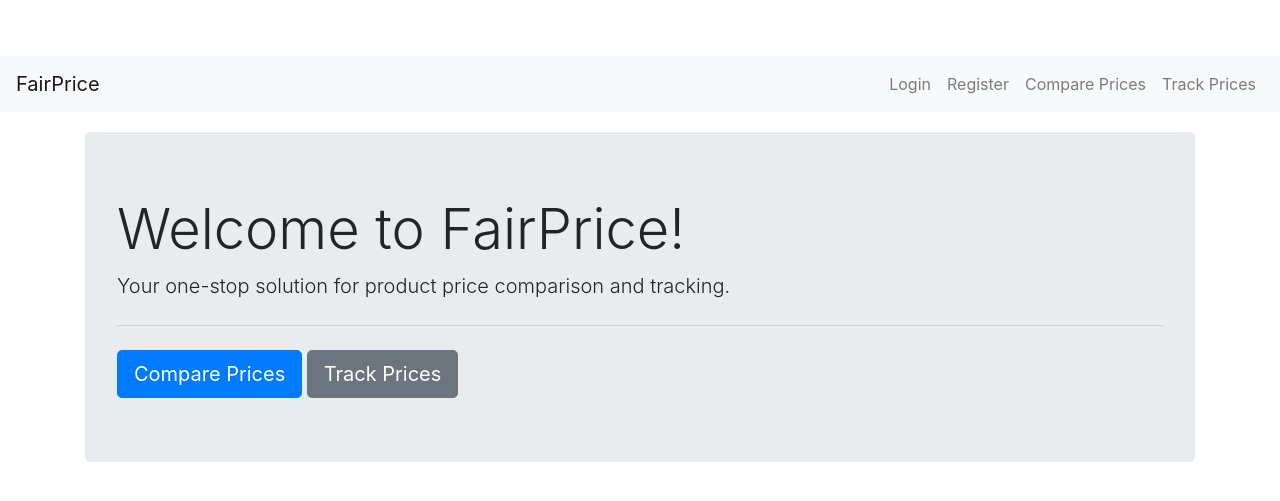
Repository: KanmegneTabouguie/Fairprice
Page: http://localhost/
These files come from the project's save history. The page is drawn as it stood at one moment and after the next save; the edit follows.
The browser window is 1280 px wide. The pictures show the whole page.
Some web libraries are served in a nearby version. The page is served by the project's application, run on Flask 3 (main.py).

Above is the page before, as saved 2024-06-27 09:37:27.

After the next save:
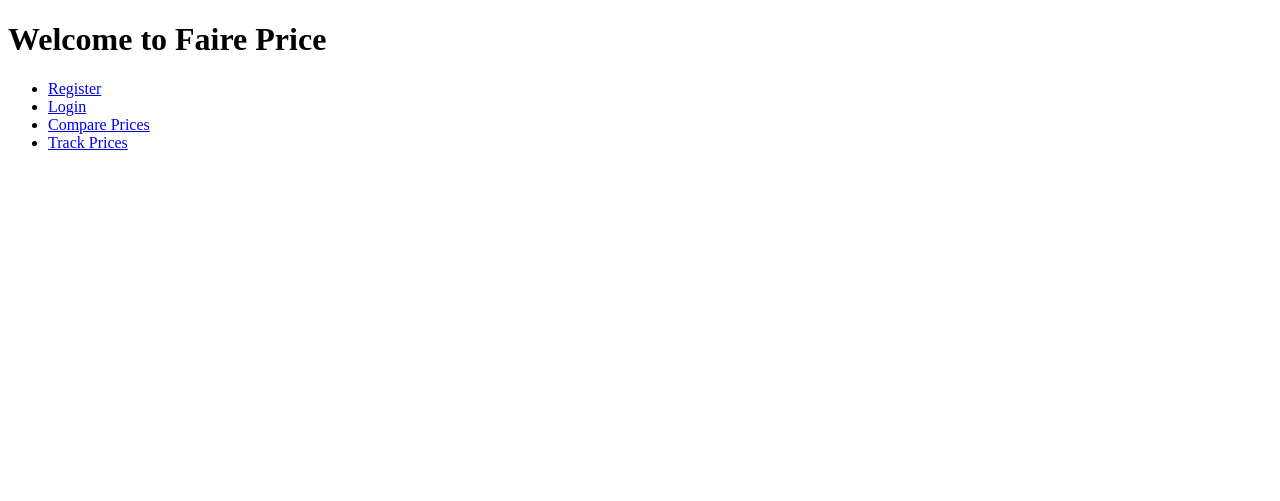
Not found: static/css/style.css
Saved 3 min 16 s later.
--- a/templates/home.html
+++ b/templates/home.html
@@ -1,11 +1,19 @@
-{% extends "base.html" %}
-
-{% block content %}
-<div class="jumbotron">
-    <h1 class="display-4">Welcome to FairPrice!</h1>
-    <p class="lead">Your one-stop solution for product price comparison and tracking.</p>
-    <hr class="my-4">
-    <a class="btn btn-primary btn-lg" href="/compare" role="button">Compare Prices</a>
-    <a class="btn btn-secondary btn-lg" href="/track" role="button">Track Prices</a>
-</div>
-{% endblock %}
+<!DOCTYPE html>
+<html lang="en">
+<head>
+    <meta charset="UTF-8">
+    <title>Home</title>
+    <link rel="stylesheet" href="{{ url_for('static', filename='css/style.css') }}">
+</head>
+<body>
+    <h1>Welcome to Faire Price</h1>
+    <nav>
+        <ul>
+            <li><a href="{{ url_for('register') }}">Register</a></li>
+            <li><a href="{{ url_for('login') }}">Login</a></li>
+            <li><a href="{{ url_for('compare') }}">Compare Prices</a></li>
+            <li><a href="{{ url_for('track') }}">Track Prices</a></li>
+        </ul>
+    </nav>
+</body>
+</html>
